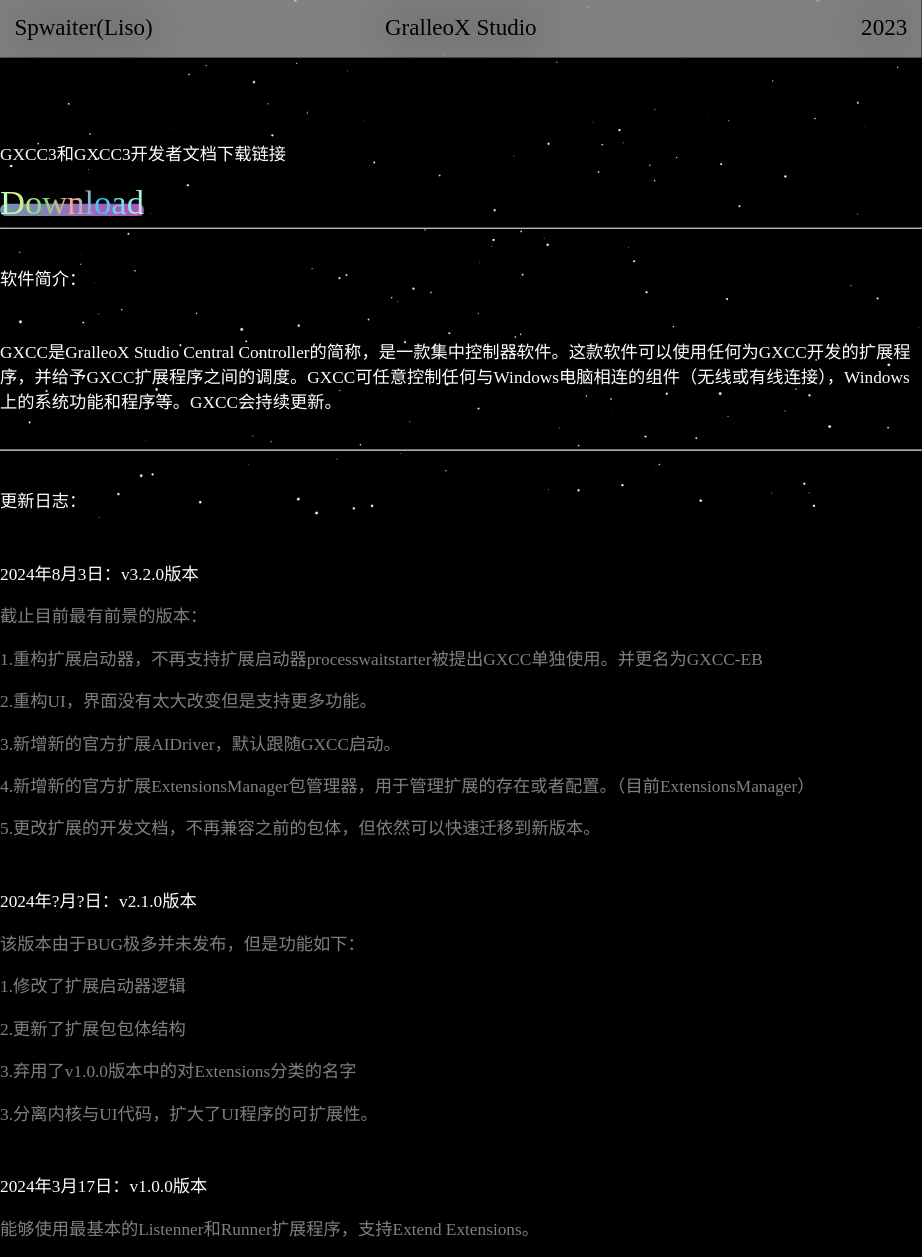
Repository: Lisu-Liso/page
Page: GXCC/index.html
An editor plug-in stored every save of this project. The page is shown before and after a run of saves, followed by the edit.
The browser window is 1280 px wide. The pictures show the whole page, at 72% of full size.

Above is the page before, as saved 2024-08-04 09:04:40.

### GXCC/index.html
<!DOCTYPE html>
<html lang="zh">
    <head>
        <meta http-equiv="Content-Type" content="text/html;charset=utf-8">
        <title>GXCC - GralleoX Studio</title>
        <link rel="stylesheet" type="text/css" href="./header.css">
        <link rel="stylesheet" type="text/css" href="./orientation.css">
        <link rel="shortcut icon" href="./GralleoX logo v2 web.ico">
        <style>
            body{
                overflow        : scroll;
                background-color: black;
                top             : 0;
                bottom          : 0;
                left            : 0;
                right           : 0;
                margin-top      : 100px;
                margin-bottom   : 0;
                margin-left     : 0;
                margin-right    : 0;
                user-select     : none;
            }
            ::-webkit-scrollbar{display: none;}
            .getin_screen{
                position        : fixed;
                top             : 0;
                bottom          : 0;
                left            : 0;
                right           : 0;
                background-color: rgba(0,0,0,0);
                color           : rgba(0,0,0,0);
                animation       : getinanimation 4s ease-in-out;
                text-align      : center;
                display         : table-cell;
            }
            @keyframes getinanimation{
                0% {
                    background-color       : rgba(255,255,255,1);
                    color                  : black;
                    backdrop-filter        : blur(15px);
                    -webkit-backdrop-filter: blur(15px);
                }
                40% {
                    background-color       : rgba(255,255,255,0.5);
                    color                  : black;
                    backdrop-filter        : blur(15px);
                    -webkit-backdrop-filter: blur(15px);
                }
                70% {
                    background-color       : rgba(255,255,255,0.5);
                    color                  : black;
                    backdrop-filter        : blur(15px);
                    -webkit-backdrop-filter: blur(15px);
                }
                100% {
                    background-color       : rgba(0,0,0,0);
                    color                  : rgba(0,0,0,0);
                    backdrop-filter        : blur(0px);
                    -webkit-backdrop-filter: blur(0px);
                }
            }
            .download_block{
                position               : fixed;
                top                    : 100px;
                left                   : 100px;
                right                  : 100px;
                bottom                 : 100px;
                margin-top             : 10px;
                margin-left            : 10px;
                margin-right           : 10px;
                margin-bottom          : 10px;
                background-color       : rgba(255,255,255,0.5);
                backdrop-filter        : blur(15px);
                -webkit-backdrop-filter: blur(15px);
                border-radius          : 100px;
                box-shadow             : 0 20px 50px rgba(0,0,0,0.2);
            }
            @keyframes blockout{
                0% {
                    background-color       : rgba(255,255,255,0);
                    backdrop-filter        : blur(0px);
                    -webkit-backdrop-filter: blur(0px);
                    box-shadow             : 0 20px 50px rgba(0,0,0,0);
                    opacity                : 0;
                }
                100% {
                    background-color       : rgba(255,255,255,0.5);
                    backdrop-filter        : blur(15px);
                    -webkit-backdrop-filter: blur(15px);
                    box-shadow             : 0 20px 50px rgba(0,0,0,0.2);
                    opacity                : 1;
                }
            }
            @keyframes blockquite{
                0% {
                    background-color       : rgba(255,255,255,0.5);
                    backdrop-filter        : blur(15px);
                    -webkit-backdrop-filter: blur(15px);
                    box-shadow             : 0 20px 50px rgba(0,0,0,0.2);
                    opacity                : 1;
                }
                100% {
                    background-color       : rgba(255,255,255,0);
                    backdrop-filter        : blur(0px);
                    -webkit-backdrop-filter: blur(0px);
                    box-shadow             : 0 20px 50px rgba(0,0,0,0);
                    opacity                : 0;
                }
            }
            .header-float{
                position: fixed;
                top     : 0;
                left    : 0;
                right   : 0;
                width   : 100%;
            }
            .black_board{
                position               : fixed;
                top                    : 80px;
                left                   : 0;
                right                  : 0;
                bottom                 : 0;
                margin-top             : 0;
                margin-left            : 0;
                margin-right           : 0;
                margin-bottom          : 0;
                backdrop-filter        : blur(15px);
                -webkit-backdrop-filter: blur(15px);
                background-color       : rgba(0,0,0,0.3);
            }
            @keyframes boardout{
                0% {
                    backdrop-filter        : blur(0px);
                    -webkit-backdrop-filter: blur(0px);
                    background-color       : rgba(0,0,0,0);
                }
                100% {
                    backdrop-filter        : blur(15px);
                    -webkit-backdrop-filter: blur(15px);
                    background-color       : rgba(0,0,0,0.3);
                }
            }
            @keyframes boardquite{
                0% {
                    backdrop-filter        : blur(15px);
                    -webkit-backdrop-filter: blur(15px);
                    background-color       : rgba(0,0,0,0.3);
                }
                100% {
                    backdrop-filter        : blur(0px);
                    -webkit-backdrop-filter: blur(0px);
                    background-color       : rgba(0,0,0,0);
                }
            }
            .newbutton{
                background   : linear-gradient(75deg,rgba(145, 202, 240, 0.75),rgba(248, 102, 248, 0.75));
                border-radius: 20px;
                text-align   : center;
                cursor       : pointer;
            }
            :root {
                --rainbow-gradient: linear-gradient(-90deg,#adfbda 0,#35c3ff 30%,#fda399 50%,#76d880 70%,#ebf38b 90%,#adfbda 100%);
            }
            .article-header--title {
                background-image       : var(--rainbow-gradient,#fff);
                background-size        : 100%;
                background-repeat      : repeat;
                background-clip        : text;
                -webkit-background-clip: text;
                -webkit-text-fill-color: transparent;
                -moz-background-clip   : text;
                -moz-text-fill-color   : transparent;
                filter                 : drop-shadow(0 0 2rpx #000);
                text-shadow            : none!important;
                cursor                 : pointer;
            }
            a{
                text-decoration: none;
            }
            font{
                cursor : default;
            }
            .backgroundimage{
                position: fixed;
                top     : 0;
                left    : 0;
                right   : 0;
                width   : 100%;
                height  : 100%;
                z-index: -1;
            }
            .normaltext{
                font-size: 18pt;
                color:white;
            }
        </style>
    </head>
    <body>
        <canvas id="bgCanvas" class="backgroundimage"></canvas>
        <script>
            // 获取画布
            var canvas = document.getElementById('bgCanvas');
            var ctx = canvas.getContext('2d');

            // 设置画布尺寸与窗口大小一致
            canvas.width = window.innerWidth;
            canvas.height = window.innerHeight;

            // 创建一个数组用于存储星星的信息
            var stars = [];

            // 创建星星对象
            function Star(x, y, radius, color, speed) {
                this.x = x;
                this.y = y;
                this.radius = radius;
                this.color = color;
                this.speed = speed;
            }

            // 初始化星星
            function init() {
                for (var i = 0; i < 200; i++) {
                    var x = Math.random() * canvas.width;
                    var y = Math.random() * canvas.height;
                    var radius = Math.random() * 2;
                    var color = 'white';
                    var speed = Math.random() * 0.5;

                    stars.push(new Star(x, y, radius, color, speed));
                }
            }

            // 绘制星星
            function drawStars() {
                ctx.clearRect(0, 0, canvas.width, canvas.height);

                for (var i = 0; i < stars.length; i++) {
                    var star = stars[i];

                    ctx.beginPath();
                    ctx.arc(star.x, star.y, star.radius, 0, Math.PI * 2);
                    ctx.fillStyle = star.color;
                    ctx.fill();
                }
            }

            // 更新星星位置
            function updateStars() {
                for (var i = 0; i < stars.length; i++) {
                    var star = stars[i];

                    star.x += star.speed;

                    if (star.x > canvas.width) {
                        star.x = 0;
                    }
                }
            }

            // 动画循环
            function animate() {
                requestAnimationFrame(animate);

                drawStars();
                updateStars();
            }

            // 初始化并启动动画
            init();
            animate();
        </script>
        <div style="text-align:center;top:0;left:0;right:0;"><font size="7">这里是GXCC中文官网！</font></div>
        <p class="normaltext">GXCC3和GXCC3开发者文档下载链接</p>
        <a class="newbutton" onclick="join_us()"><font class="article-header--title" size="7">Download</font></a>
        <div class="black_board" id="bb"></div>
        <div class="download_block" id="download_block">
            <div style="text-align: center">
                <a class="newbutton" onclick="close_download_block()"><font class="article-header--title" size="7">点击关闭此框</font></a>
            </div>
            <div style="margin-left: 1cm;">
                <font size="7" color="black">这里是下载链接（最新版本）</font>
                <br>
                <font size="7" color="grey">历史版本</font>
                <font size="7" color="red">暂时</font>
                <font size="7" color="grey">不支持下载</font>
                <br>
                <font class="normaltext" color="red">如果杀毒软件报告有病毒请忽略，此软件已经经过Microsoft Defender检测，360纯属误报。</font>
                <br>
                <a class="normaltext" href="https://github.com/Lisu-Liso/GXCC/releases/tag/GXCC3">Link</a>
            </div>
        </div>
        <hr/>
        <br>
        <p class="normaltext">软件简介：</p>
        <br>
        <p class="normaltext">GXCC是GralleoX Studio Central Controller的简称，是一款集中控制器软件。这款软件可以使用任何为GXCC开发的扩展程序，并给予GXCC扩展程序之间的调度。GXCC可任意控制任何与Windows电脑相连的组件（无线或有线连接），Windows上的系统功能和程序等。GXCC会持续更新。</p>
        <br>
        <hr/>
        <br>
        <p class="normaltext">更新日志：</p>
        <br>
        <p class="normaltext">2024年8月3日：v3.2.0版本</p>
        <p class="normaltext" style="color: grey;">截止目前最有前景的版本：</p>
        <p class="normaltext" style="color: grey;">1.重构扩展启动器，不再支持扩展启动器processwaitstarter被提出GXCC单独使用。并更名为GXCC-EB</p>
        <p class="normaltext" style="color: grey;">2.重构UI，界面没有太大改变但是支持更多功能。</p>
        <p class="normaltext" style="color: grey;">3.新增新的官方扩展AIDriver，默认跟随GXCC启动。</p>
        <p class="normaltext" style="color: grey;">4.新增新的官方扩展ExtensionsManager包管理器，用于管理扩展的存在或者配置。（目前ExtensionsManager）</p>
        <p class="normaltext" style="color: grey;">5.更改扩展的开发文档，不再兼容之前的包体，但依然可以快速迁移到新版本。</p>
        <br>
        <p class="normaltext">2024年?月?日：v2.1.0版本</p>
        <p class="normaltext" style="color: grey;">该版本由于BUG极多并未发布，但是功能如下：</p>
        <p class="normaltext" style="color: grey;">1.修改了扩展启动器逻辑</p>
        <p class="normaltext" style="color: grey;">2.更新了扩展包包体结构</p>
        <p class="normaltext" style="color: grey;">3.弃用了v1.0.0版本中的对Extensions分类的名字</p>
        <p class="normaltext" style="color: grey;">3.分离内核与UI代码，扩大了UI程序的可扩展性。</p>
        <br>
        <p class="normaltext">2024年3月17日：v1.0.0版本</p>
        <p class="normaltext" style="color: grey;">能够使用最基本的Listenner和Runner扩展程序，支持Extend Extensions。</p>
        <div class="headerblock">
            <div class="centertext"><font size="6">GralleoX Studio</font></div>
            <div class="lefttext"><font size="6">Spwaiter(Liso)</font></div>
            <div class="righttext"><font size="6">2023</font></div>
        </div>
        <div class="getin_screen" id="getin">
            <font size="7" id="getintext">网站正在加载，请稍后...</font>
        </div>
    </body>
    <script type="text/javascript">
        let t = document.getElementById("download_block");
        t.style.display = "none";

        t = document.getElementById("bb");
        t.style.display = "none";
    </script>
    <script type="text/javascript">
        setTimeout(function(){
            let t = document.getElementById("getintext");
            t.innerHTML = "网站加载完毕，即将进入网站。";
            setTimeout(function(){
                let t = document.getElementById("getin");
                t.style.display = "none";
            },2000);
        },2000);
        function join_us(){
            let t = document.getElementById("download_block");
            t.style.display = "block";
            t.style.animation = "blockout 0.5s ease-in-out";

            t = document.getElementById("bb");
            t.style.display = "block";
            t.style.animation = "boardout 0.5s ease-in-out";
        }
        function close_download_block(){
            let t = document.getElementById("download_block");
            t.style.animation = "blockquite 0.5s ease-in-out";

            t = document.getElementById("bb");
            t.style.animation = "boardquite 0.5s ease-in-out";
            setTimeout(function(){
                let t = document.getElementById("download_block");
                t.style.display = "none";

                t = document.getElementById("bb");
                t.style.display = "none";
            },500);
        }
    </script>
</html>

### GXCC/header.css
.headerblock{
    position               : fixed;
    top                    : 0px;
    left                   : 0px;
    right                  : 0px;
    margin-top             : 0px;
    margin-left            : 0px;
    margin-right           : 0px;
    width                  : 100%;
    height                 : 80px;
    background-color       : rgba(255,255,255,0.5);
    backdrop-filter        : blur(10px);
    -webkit-backdrop-filter: blur(10px);
    box-shadow             : 0 20px 50px rgba(0,0,0,0.2);
    align-items            : center;
}
.centertext{
    position    : fixed;
    top         : 0;
    left        : 0;
    right       : 0;
    margin-top  : 20px;
    margin-left : 20px;
    margin-right: 20px;
    text-align  : center;
    filter      : drop-shadow(0 0 2rem #000);
    text-shadow : none!important;
    color       : black;
}
.lefttext{
    position    : fixed;
    top         : 0;
    left        : 0;
    right       : 0;
    margin-top  : 20px;
    margin-left : 20px;
    margin-right: 20px;
    text-align  : left;
    filter      : drop-shadow(0 0 2rem #000);
    text-shadow : none!important;
    color       : black;
}
.righttext{
    position    : fixed;
    top         : 0;
    left        : 0;
    right       : 0;
    margin-top  : 20px;
    margin-left : 20px;
    margin-right: 20px;
    text-align  : right;
    filter      : drop-shadow(0 0 2rem #000);
    text-shadow : none!important;
    color       : black;
}

### orientation.css
i{
    border: solid black;
    border-width: 0 3px 3px 0;
    display: inline-block;
    padding: 3px;
}
.right{
    transform: rotate(-45deg);
    -webkit-transform: rotate(-45deg);
}

.left{
    transform: rotate(135deg);
    -webkit-transform: rotate(135deg);
}

.up{
    transform: rotate(-135deg);
    -webkit-transform: rotate(-135deg);
}

.down{
    transform: rotate(45deg);
    -webkit-transform: rotate(45deg);
}

After the next 2 saves:
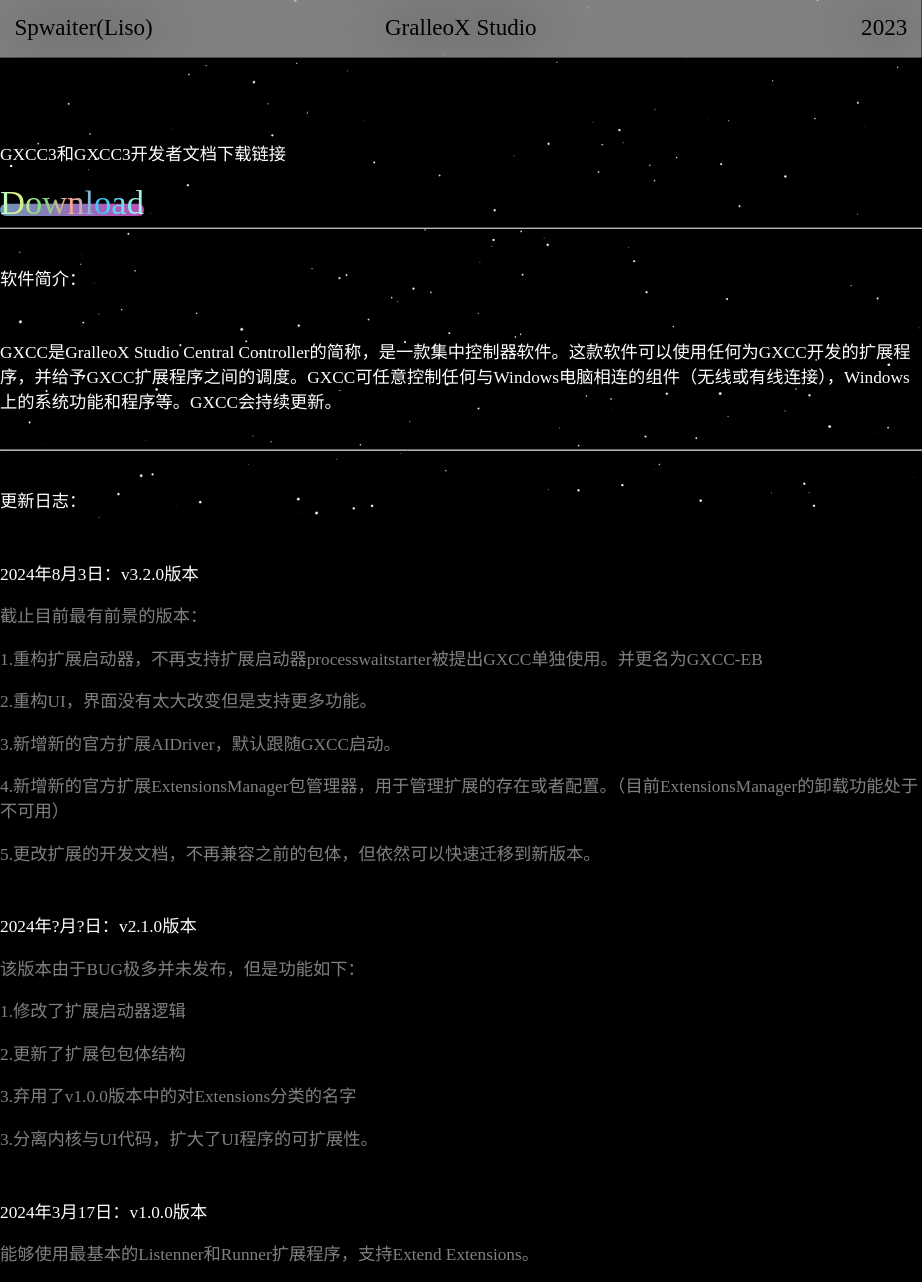
The 2 saves are shown as one change because they came seconds apart.
The last was saved 9 s later.
--- a/GXCC/index.html
+++ b/GXCC/index.html
@@ -305,7 +305,7 @@
         <p class="normaltext" style="color: grey;">1.重构扩展启动器，不再支持扩展启动器processwaitstarter被提出GXCC单独使用。并更名为GXCC-EB</p>
         <p class="normaltext" style="color: grey;">2.重构UI，界面没有太大改变但是支持更多功能。</p>
         <p class="normaltext" style="color: grey;">3.新增新的官方扩展AIDriver，默认跟随GXCC启动。</p>
-        <p class="normaltext" style="color: grey;">4.新增新的官方扩展ExtensionsManager包管理器，用于管理扩展的存在或者配置。（目前ExtensionsManager）</p>
+        <p class="normaltext" style="color: grey;">4.新增新的官方扩展ExtensionsManager包管理器，用于管理扩展的存在或者配置。（目前ExtensionsManager的卸载功能处于不可用）</p>
         <p class="normaltext" style="color: grey;">5.更改扩展的开发文档，不再兼容之前的包体，但依然可以快速迁移到新版本。</p>
         <br>
         <p class="normaltext">2024年?月?日：v2.1.0版本</p>
